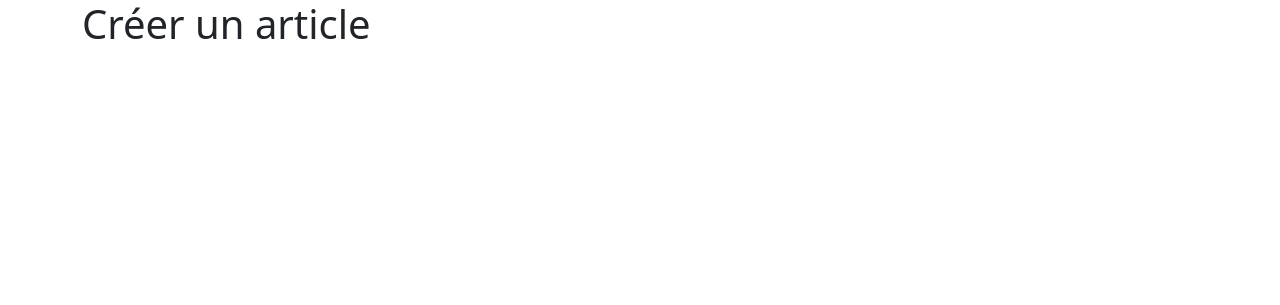
Repository: QuentinFayt/NewsWeb
Page: sources/adminNewsWeb/createArticle.html
The author's editor kept a copy of each file at every save. The page is drawn from the files as they stood at one save, then again after the next save.
The browser window is 1280 px wide. The pictures show the whole page.

Above is the page before, as saved 2021-12-23 10:50:27.

### sources/adminNewsWeb/createArticle.html
<!doctype html>
<html lang="fr">

<head>
    <!-- Required meta tags -->
    <meta charset="utf-8">
    <meta name="viewport" content="width=device-width, initial-scale=1">

    <!-- Bootstrap CSS -->
    <link href="https://cdn.jsdelivr.net/npm/bootstrap@5.1.3/dist/css/bootstrap.min.css" rel="stylesheet" integrity="sha384-1BmE4kWBq78iYhFldvKuhfTAU6auU8tT94WrHftjDbrCEXSU1oBoqyl2QvZ6jIW3" crossorigin="anonymous">

    <title>Créer un article</title>
</head>

<body>
    <main class="container">

        <h1>Créer un article</h1>
    </main>
    <script src="https://cdn.jsdelivr.net/npm/bootstrap@5.1.3/dist/js/bootstrap.bundle.min.js" integrity="sha384-ka7Sk0Gln4gmtz2MlQnikT1wXgYsOg+OMhuP+IlRH9sENBO0LRn5q+8nbTov4+1p" crossorigin="anonymous"></script>
</body>

</html>

After the next save:
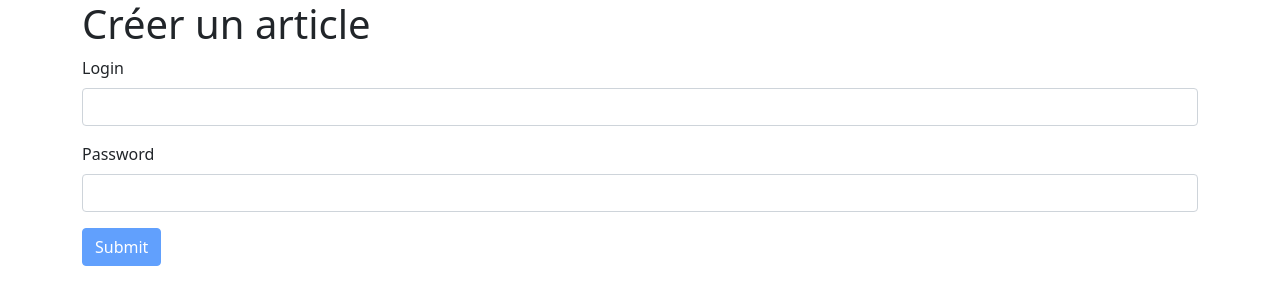
Saved 7 s later.
--- a/sources/adminNewsWeb/createArticle.html
+++ b/sources/adminNewsWeb/createArticle.html
@@ -14,8 +14,18 @@
 
 <body>
     <main class="container">
-
         <h1>Créer un article</h1>
+        <form>
+            <div class="mb-3">
+                <label for="login" class="form-label">Login</label>
+                <input type="text" class="form-control" id="login" required>
+            </div>
+            <div class="mb-3">
+                <label for="password" class="form-label">Password</label>
+                <input type="password" class="form-control" id="password" required>
+            </div>
+            <button type="submit" class="btn btn-primary" disabled>Submit</button>
+        </form>
     </main>
     <script src="https://cdn.jsdelivr.net/npm/bootstrap@5.1.3/dist/js/bootstrap.bundle.min.js" integrity="sha384-ka7Sk0Gln4gmtz2MlQnikT1wXgYsOg+OMhuP+IlRH9sENBO0LRn5q+8nbTov4+1p" crossorigin="anonymous"></script>
 </body>
